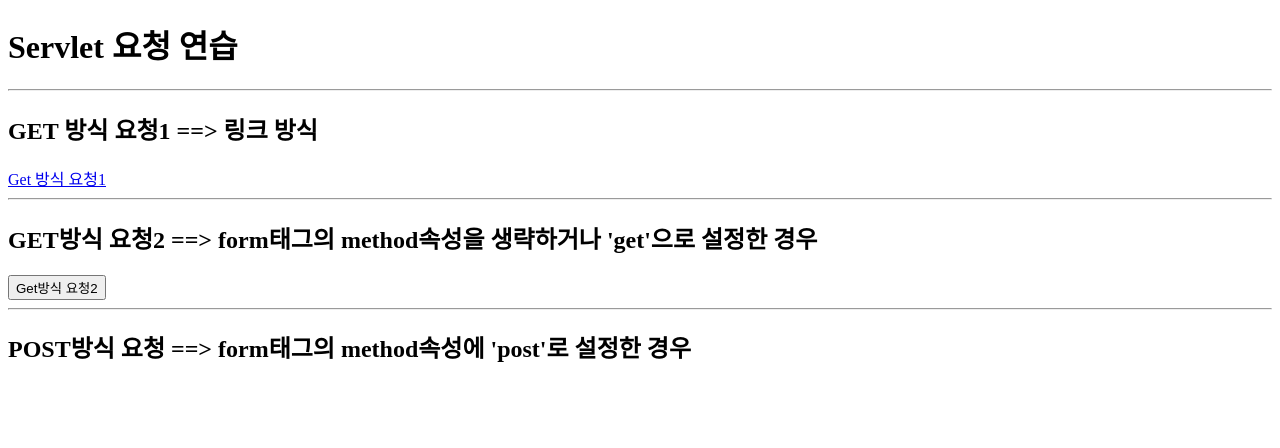
Repository: larlarru/HighJava_study2
Page: servletTest/WebContent/01/doBasicServlet.html
The author's editor kept a copy of each file at every save. The page is drawn from the files as they stood at one save, then again after the next save.
The browser window is 1280 px wide. The pictures show the whole page.

Above is the page before, as saved 2020-11-25 07:48:23.

### servletTest/WebContent/01/doBasicServlet.html
<!DOCTYPE html>
<html>
<head>
<meta charset="UTF-8">
<title>Insert title here</title>
</head>

<body>
	<h1>Servlet 요청 연습</h1>
	<hr>

	<h2>GET 방식 요청1 ==> 링크 방식</h2>
	<a href="http://localhost/servletTest/servletTest03.do">Get 방식 요청1</a>
	<hr>

	<h2>GET방식 요청2 ==> form태그의 method속성을 생략하거나 'get'으로 설정한 경우</h2>
	<form action="http://localhost/servletTest/servletTest03.do" method="">
		<input type="submit" value="Get방식 요청2">
	</form>
	<hr>

	<h2>POST방식 요청 ==> form태그의 method속성에 'post'로 설정한 경우</h2>
	<form action="http://localhost/servletTest/servletTest03.do" method="post">
	</form>

</body>
</html>

After the next save:
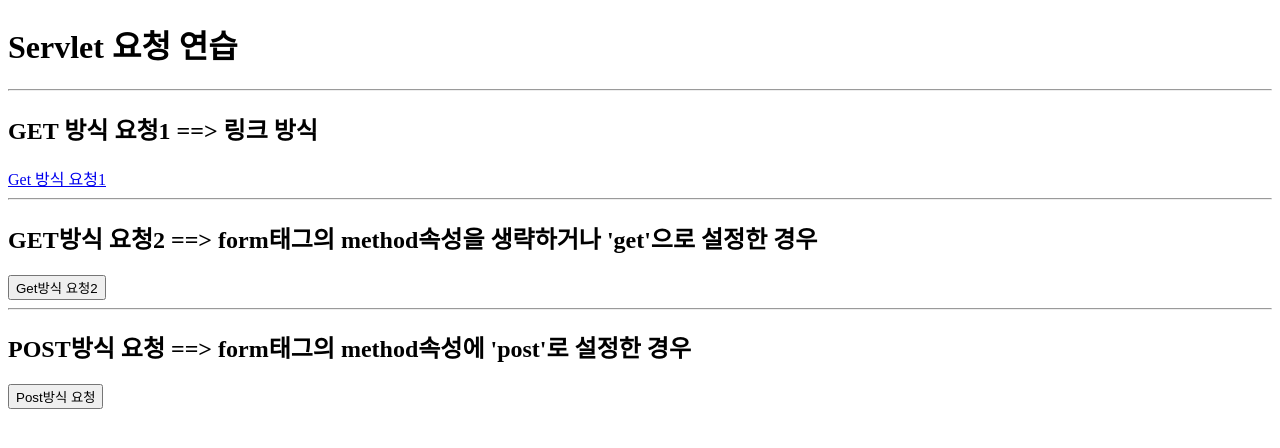
Saved 12 s later.
--- a/servletTest/WebContent/01/doBasicServlet.html
+++ b/servletTest/WebContent/01/doBasicServlet.html
@@ -21,6 +21,7 @@
 
 	<h2>POST방식 요청 ==> form태그의 method속성에 'post'로 설정한 경우</h2>
 	<form action="http://localhost/servletTest/servletTest03.do" method="post">
+		<input type="submit" value="Post방식 요청">
 	</form>
 
 </body>
